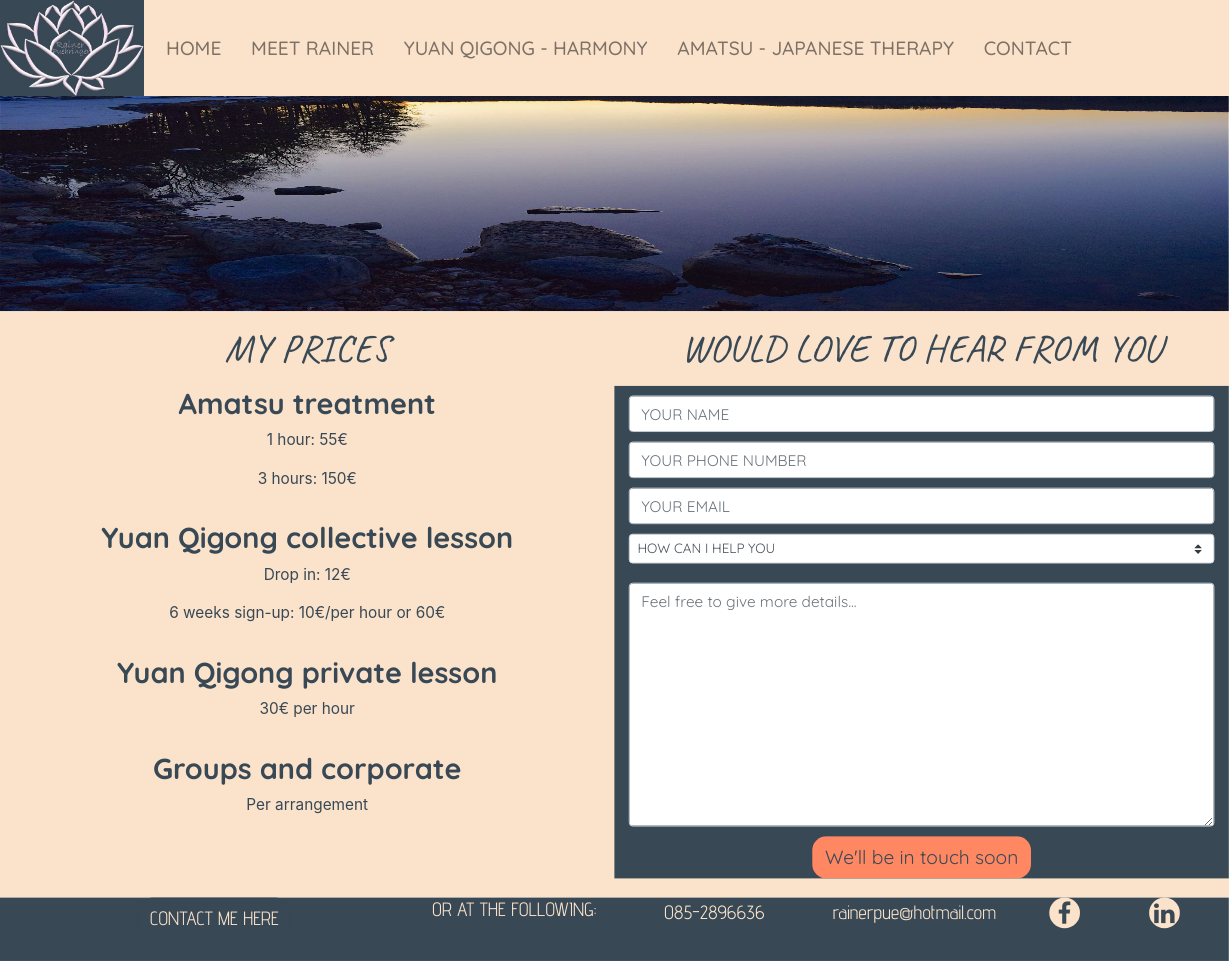
Repository: rainerpue/practitioner_website
Page: contact.html
The author's editor kept a record of every edit. The page is drawn from the files as they stood at one moment, then again after the next edit.
The browser window is 1280 px wide. The pictures show the whole page, at 96% of full size.
Some web libraries are served in a nearby version.

Above is the page before.

### contact.html
<!DOCTYPE html>
<html lang="en">

<head>
    <meta charset="UTF-8">
    <meta name="viewport" content="width=device-width, initial-scale=1.0">
    <meta http-equiv="X-UA-Compatible" content="ie=edge">
    <meta name="description" content="Home page | Rainer Puehringer, Find your Energy flow">
    <meta name="keywords" content="qigong, amatsu, therapy, energy flow, body balance, harmony, Japanese therapy, yuan gong, ireland">
    <meta name="author" content="Rainer Puehringer">
    <!-- favicon -->
    <link rel="shortcut icon" type="image" href="assets/favicon/favicon-32x32.png">
    <!-- style links -->
    <link rel="stylesheet" href="https://stackpath.bootstrapcdn.com/bootstrap/4.3.1/css/bootstrap.min.css" type="text/css" />
    <link rel="stylesheet" href="https://stackpath.bootstrapcdn.com/font-awesome/4.7.0/css/font-awesome.min.css" type="text/css" />

    <!-- link to my css file comes after to make sure it render over bootstrap style -->
    <link rel="stylesheet" href="assets/css/style.css" type="text/css" />

    <title>Rainer Puehringer, Find your Energy flow with Yuan Qigong and Amatsu</title>

</head>

<body>
    <!-- navbar and logo -->
    <!-- blue background will only show on bigger screens, set to transparent for mobile device -->
    <nav class="navbar navbar-expand-md fixed-top navbar-light nav-coral">
        <!-- logo -->
        <a href="index.html" class="navbar-brand logo">
            <img src="assets/images/logo.jpg" width="150" height="100" alt="logo">
        </a>
        <!-- button for smaller devices -->
        <button class="navbar-toggler" type="button" data-toggle="collapse" data-target="#burger" aria-controls="burger" aria-expanded="false" aria-label="Toggle navigation">
    <span class="fa fa-bars"></span>
  </button>
        <!-- navigation items which drop down vertically from burger icon in smaller devices -->
        <div class="collapse navbar-collapse" id="burger">
            <ul class="navbar-nav mr-auto text-uppercase">
                <li class="nav-item">
                    <a class="nav-link" href="index.html">Home</a>
                </li>
                <li class="nav-item">
                    <a class="nav-link" href="about.html">Meet Rainer</a>
                </li>
                <li class="nav-item">
                    <a class="nav-link" href="qigong.html">Yuan Qigong - Harmony</a>
                </li>
                <li class="nav-item">
                    <a class="nav-link" href="amatsu.html">Amatsu - Japanese Therapy</a>
                </li>
                <li class="nav-item">
                    <a class="nav-link" href="index.html">Contact</a>
                </li>
            </ul>
        </div>
    </nav>

    <!-- end navbar -->

    <main>
        <!-- image banner -->
        <div class="container-fluid">
            <div class="row">
                <div class="col-12 banner-image banner-image-contact contact-img">
                </div>
            </div>
        </div>

        <!-- Prices and contact form -->
        <section class="container-fluid bg-coral contact-section">
            <div class="row">
                <div class="col-lg-6 prices">
                    <div class="row">
                        <div class="col-12">
                            <h3 class="text-uppercase text-center">My prices</h3>
                        </div>
                    </div>
                    <div class="row">
                        <div class="col-12 mb-3 price-table text-center">
                            <h4>Amatsu treatment</h4>
                            <p>1 hour: 55€</p>
                            <p>3 hours: 150€</p>
                        </div>
                    </div>
                    <hr class="section-divider-short">
                    <div class="row">
                        <div class="col-12 mb-3 price-table text-center">
                            <h4>Yuan Qigong collective lesson</h4>
                            <p>Drop in: 12€</p>
                            <p>6 weeks sign-up: 10€/per hour or 60€</p>
                        </div>
                    </div>
                    <hr class="section-divider-short">
                    <div class="row">
                        <div class="col-12 mb-3 price-table text-center">
                            <h4>Yuan Qigong private lesson</h4>
                            <p>30€ per hour</td>
                        </div>
                    </div>
                    <div class="row">
                        <div class="col-12 mb-3 price-table text-center">
                            <h4>Groups and corporate</h4>
                            <p>Per arrangement</td>
                        </div>
                    </div>
                </div>
                <div class="col-lg-6">
                    <div class="row contact-heading">
                        <div class="col-12">
                            <h3 class="text-uppercase text-center">Would love to hear from you</h3>
                        </div>
                    </div>
                    <div class="row">
                        <form class="col-12 contact-form">
                            <input type="text" name="name" id="fullname" class="form-control" placeholder="YOUR NAME" required/>
                            <input type="number" name="phonenumber" id="phonenumber" class="form-control" placeholder="YOUR PHONE NUMBER" />
                            <input type="email" name="email" id="emailaddress" class="form-control" placeholder="YOUR EMAIL" required/>
                            <select class="custom-select custom-select-sm" name="how-can-i-help-you" id="how-can-i-help-you">
                                <option selected>HOW CAN I HELP YOU</option>
                                <option value="Book an Amatsu treatment">Book an Amatsu treatment</option>
                                <option value="Query about Qigong">Query about Qigong</option>
                                <option value="Advice about cooking or gardening">Advice about cooking or gardening</option>
                                <option value="Other">Other</option>
                            </select>
                            <textarea rows="10" name="querydetails" id="querydetails" class="form-control" placeholder="Feel free to give more details..." required></textarea>
                            <div class="form-row text-center">
                                <div class="col">
                                    <button type="submit" class="btn btn--gal btn--orange">We'll be in touch soon</button>
                                </div>
                            </div>
                        </form>
                    </div>
                </div>
            </div>
        </section>
    </main>

    <!-- footer -->

    <footer>
        <div class="container-fluid bg-grey">
            <div class="row footer-row">
                <div class="col-12 col-md-4 footer-contact">
                    <a class="btn btn--gal btn--grey text-uppercase" href="#">Contact Me Here</a>
                </div>
                <div class="col-12 col-md-2 footer-contact">
                    <h5 class="text-uppercase">or at the following:</h5>
                </div>
                <div class="col-12 col-md-2 footer-contact">
                    <p>085-2896636</p>
                </div>
                <div class="col-12 col-md-2 footer-contact">
                    <p>rainerpue@hotmail.com</p>
                </div>
                <div class="col-12 col-md-1 footer-contact">
                    <a class="socialmedia" href="https://www.facebook.com/YuanGongandAmatsuwithRainer/" target="_blank">
                    <i class="fa fa-facebook"></i>
                    <span class="sr-only">Facebook</span>
                    </a>
                </div>
                <div class="col-12 col-md-1 footer-contact">
                    <a class="socialmedia" href="https://www.linkedin.com/in/rainer-puehringer-63157248/" target="_blank">
                    <i class="fa fa-linkedin"></i>
                    <span class="sr-only">Linkedin</span>
                    </a>
                </div>
            </div>
        </div>
    </footer>

    <script src="https://code.jquery.com/jquery-3.2.1.slim.min.js " integrity="sha384-KJ3o2DKtIkvYIK3UENzmM7KCkRr/rE9/Qpg6aAZGJwFDMVNA/GpGFF93hXpG5KkN " crossorigin="anonymous "></script>
    <script src="https://cdnjs.cloudflare.com/ajax/libs/popper.js/1.12.9/umd/popper.min.js " integrity="sha384-ApNbgh9B+Y1QKtv3Rn7W3mgPxhU9K/ScQsAP7hUibX39j7fakFPskvXusvfa0b4Q " crossorigin="anonymous "></script>
    <script src="https://maxcdn.bootstrapcdn.com/bootstrap/4.0.0/js/bootstrap.min.js " integrity="sha384-JZR6Spejh4U02d8jOt6vLEHfe/JQGiRRSQQxSfFWpi1MquVdAyjUar5+76PVCmYl " crossorigin="anonymous "></script>
</body>

</html>

### assets/css/style.css
@import url('https://fonts.googleapis.com/css?family=Advent+Pro:100,200,300,400,500,600,700|Quicksand:300,400,500,700|Caveat:400,700');

body {}

/*-----------------------------------------Colour */

.nav-coral {
    background-color: transparent;
}

.bg-grey {
    background-color: #384955;
    color: #FAE2CB;
    padding-bottom: 20px;
}

.bg-coral {
    background-color: #FAE2CB;
    color: #384955;
    padding-bottom: 20px;
}

/*-----------------------------------------Images */

.about-img {
    background: url(../images/about-image.jpg);
}

.qigong-img {
    background: url(../images/lotus.jpg);
}

.amatsu-img {
    background: url(../images/water.jpg);
}

.contact-img {
    background: url(../images/contact.jpg);
}

/* Banner image code technics found in the link below:
https://stackoverflow.com/questions/38038056/adding-a-background-image-just-below-the-navigation-bar */

.banner-image {
    min-height: 30vh;
    -webkit-background-size: 100% 100%;
    -moz-background-size: 100% 100%;
    -o-background-size: 100% 100%;
    background-size: 100% 100%;
    width: 100vw;
    background-repeat: no-repeat;
    position: relative;
}

.banner-image-contact {
    min-height: 45vh;
}

.sm-img {
    max-height: 600px;
    max-width: 400px;
}


/*-----------------------------------------Special paddings/margins/texts */

.container-fluid {
    margin: 0;
}

.text-uppercase {
    text-transform: uppercase;
}

.text-center {
    text-align: center;
    margin: 0;
}
/* found text-justify trick here: https://www.w3schools.com/cssref/css3_pr_text-justify.asp*/
.text-justify {
    text-align: justify;
    text-justify: inter-word;
}

main {
    margin: 0;
    padding: 0;
}

h3 {
    padding: 15px 0 15px;
    font-family: "Caveat", sans-serif;
    font-weight: 400;
    font-size: 40px;
}

h4 {
    font-family: "Quicksand", sans-serif;
    font-weight: 700;
    font-size: 30px;
}

a {
    text-decoration: none;
    cursor: pointer;
}

/*-----------------------------------------buttons */

.btn:hover {
    color: #fafafa;
    text-decoration: none;
}

.btn--gal {
    margin-bottom: 0;
    margin-top: 0;
    border-radius: 15px;
    font-size: 20px;
    text-decoration: none;
    cursor: pointer;
}

.btn--grey {
    background-color: #384955;
    border-color: #384955;
    color: #FAE2CB;
}

.btn--grey:hover {
    color: #FF8863;
}

.btn--coral {
    background-color: #FAE2CB;
    border-color: #FAE2CB;
    color: #384955;
}

.btn--coral:hover {
    color: #87B0CD;
}

.btn--orange {
    background-color: #FF8863;
    color: #384955;
}

.btn--orange:hover {
    color: #FAE2CB;
}

.btn--footer {
    color: #FAE2CB;
}

/*-----------------------------------------section divider */

.section-divider-short {
    width: 75px;
    height: 5px;
    border: 0;
    background-color: #384955;
}

.section-divider-long {
    width: 100%;
    height: 10px;
    border: 0;
    background-color: #384955;
    margin: 0;
}

.section-divider-price {
    width: 75px;
    height: 5px;
    border: 0;
    background-color: #384955;
}

/*-----------------------------------------logo */

.logo {
    display: inline-block;
    padding: 0;
    margin: 0;
    line-height: inherit;
    white-space: nowrap;
    background-position: center;
    background-repeat: no-repeat;
    -o-transition: all .5s ease-in-out;
    transition: all .5s ease-in-out;
    -moz-transition: all .5s ease-in-out;
    -webkit-transition: all .5s ease-in-out;
}

/*-----------------------------------------burger icon inspired from https://mdbootstrap.com/docs/jquery/navigation/hamburger-menu/ */

.fa-bars {
    font-size: 30px;
    padding: 5px;
}

.navbar-light .navbar-toggler {
    border-color: rgba(0, 0, 0, .3);
    margin-right: 15px;
}

/*-----------------------------------------nav */

.navbar {
    padding: 0;
    text-align: center;
    overflow: auto;
}

.navbar-collapse {
    background-color: #FAE2CB
}

.nav-item {
    padding-left: 15px;
}

.nav-item a {
    color: #384955;
    font-family: "Quicksand", sans-serif;
    font-weight: 500;
    font-size: 20px;
    -webkit-transition: background-color .2s ease-in-out, color .2s ease-in-out;
    -o-transition: background-color .2s ease-in-out, color .2s ease-in-out;
    transition: background-color .2s ease-in-out, color .2s ease-in-out;
}

.nav-item a:hover {
    color: #FAE2CB!important;
    background-color: #384955;
}

/*-----------------------------------------footer */

.footer-row {
    padding: 0 15px;
    text-align: center;
}

.footer-contact {
    font-family: "Advent Pro", sans-serif;
    text-align: center;
    -webkit-box-align: center;
    -ms-flex-align: center;
    align-items: center;
    -webkit-box-pack: center;
    -ms-flex-pack: center;
    justify-content: center;
    padding: 0;
    margin: 0;
}

.footer-contact p {
    font-weight: 400;
    font-size: 20px;
}

.footer-contact h5 {
    font-weight: 400;
    font-size: 20px;
}

.socialmedia i {
    width: 32px;
    height: 32px;
    border-radius: 50%;
    font-size: 25px;
    text-align: center;
    vertical-align: middle;
    display: table-cell;
    color: #384955;
    background: #FAE2CB;
    transition: all 0.35s ease-in-out;
    -moz-transition: all 0.35s ease-in-out;
    -webkit-transition: all 0.35s ease-in-out;
    -o-transition: all 0.35s ease-in-out;
}

.social-links i:hover {
    background: #e84610;
}

/*-----------------------------------------full background image with attention */

.home-image { /*found css trick here: https://css-tricks.com/perfect-full-page-background-image/ */
    min-height: 95vh;
    -webkit-box-align: center;
    -ms-flex-align: center;
    align-items: center;
    position: relative;
    background: url(../images/home-image.jpg) no-repeat center center fixed;
    background-size: cover;
    padding-top: 100px;
}

.opaque-overlay {
    position: absolute;
    top: 0;
    left: 0;
    height: 100%;
    width: 100%;
    background: rgba(0, 0, 0, 0.2);
}

.attention {
    width: 80%;
    color: #fafafa;
    font-family: "Advent Pro", sans-serif;
    font-size: 40px;
    font-weight: 600;
    padding-left: 15px;
    padding-top: 200px;
}

/*-----------------------------------------testimonials in carrousel */

.slide {
    position: relative;
    display: -webkit-box;
    display: -ms-flexbox;
    display: flex;
    -webkit-box-align: center;
    -ms-flex-align: center;
    align-items: center;
    min-height: 30vh;
    text-align: center;
    padding: 5px 30px;
    margin-bottom: 20px
}

blockquote {
    width: 80px;
    font-family: "Advent Pro", sans-serif;
    font-weight: 300;
    font-size: 30px;
}

/*-----------------------------------------home intro section */

.intro {
    width: 100%;
    padding: 0;
    min-height: 20vh;
}

.content-intro {
    font-family: "Advent Pro", sans-serif;
    font-size: 20px;
    font-weight: 400;
    margin-bottom: 20px;
}



/*-----------------------------------------main content for each page */

.main-content {
    position: relative;
    padding-top: 5px;
    padding-bottom: 5px;
    padding-right: 30px;
    line-height: 200%;
    font-family: "Advent Pro", sans-serif;
    font-size: 20px;
    font-weight: 400;
}

.section-column {
    display: table-cell;
    padding: 0 30px 30px;
    float: none;
}

.intro-section {
    padding-top: 10px;
    padding-bottom: 20px;
}

.section-details {
    min-height: 25vh;
    -webkit-box-align: center;
    -ms-flex-align: center;
    align-items: center!important;
    margin-bottom: 15px;
}



/*-----------------------------------------links to other websites on about page */

.links {
    color: #FAE2CB;
    font-weight: 700;
}

.links:hover {
    color: #FF8863;
}

/*-----------------------------------------timeline implemented from the Resume Mini-project in the User Centric module */

.timeline {
    margin: 0;
}

.history-items {
    padding-left: 30px;
    padding-bottom: 15px;
}

.timeline-item {
    padding: 4em 2em 0em 2em;
    position: relative;
    color: #384955;
    border-left: 1px solid;
    font-family: "Advent Pro", sans-serif;
}

.timeline-item p {
    padding: 0;
    margin: 0;
}

.timeline-item:before {
    content: attr(data-dates);
    position: absolute;
    left: 2.5em;
    top: 3em;
    display: block;
    font-family: "Advent Pro", sans-serif;
    font-weight: 500;
    font-size: 0.8em;
    padding: 0;
    margin: 0;
}

.timeline-item:after {
    width: 12px;
    height: 12px;
    display: block;
    position: absolute;
    top: 2.4em;
    left: -6px;
    border-radius: 12px;
    content: "";
    background-color: #384955;
}



/*-----------------------------------------qualifications */

.list-row {
    padding: 30px 0 30px;
    line-height: 200%;
}

.list-row i {
    font-size: 40px;
}

.button {
    margin-top: 30px;
}

/*-----------------------------------------Qigong page */

.qigong-p {
    padding: 15px;
}

.list-section {
    padding-left: 30px;
    padding-bottom: 15px;
    margin-bottom: 10px;
    border: 10px solid;
}

.quote {
    font-family: "Quicksand", sans-serif;
    font-weight: 100;
    font-size: 30px;
}

.legend {
    font-family: "Caveat", sans-serif;
    font-weight: 400;
    font-size: 20px;
}

.quote i {
    padding: 5px;
    font-weight: 700;
}

#video {
    min-height: 50vh;
    padding-bottom: 15px;
}

iframe {
    border: none;
}

.verse {
    font-family: "Caveat", sans-serif;
    font-weight: 400;
    font-size: 30px;
    padding-top: 30px;
}

.verse ul li {
    list-style: none;
    padding: 15px;
}

/*-----------------------------------------Amatsu page */

.fivefactors {
    font-weight: 600;
    color: #FF8863;
}

.specialp {
    padding: 10px;
}


/*-----------------------------------------stones custom css */

.stone-section {
    padding: 0;
    padding-bottom: 15px;
    margin-bottom: 10px;
    display: flex;  /* this part of custom css was suggested by Eventyret Mentor in slack so the stones are centered on top of each other */
	justify-content: center;
	align-items: center;
	flex-direction: column;
}

.each-stone {
    width: 120px;
    height: 120px;
    border: 1px solid #384955;
    border-radius: 50%;
    background-color: #384955;
    color: #87B0CD;
    justify-content: center; /* this part of custom css was suggested by Eventyret Mentor in slack */
	align-items: center;
	display: flex;
	margin-bottom: -15px;
}

.each-stone span {
    font-family: "Quicksand", sans-serif;
    font-weight: 700;
    font-size: 18px;
}

/*-----------------------------------------treatment cards */
/*-- to justify space all around the cards and center */
.card-row {
    justify-content: space-around!important;
}

.card {
    background-color: #FAE2CB;
    color: #384955;
    margin-bottom: 15px;
}

.card-item {
    padding: 10px;
    text-align: center;
    vertical-align: middle;
    display: table-cell;
}

.card-item i {
    font-size: 60px;
}

.card-item span {
    font-family: "Caveat", sans-serif;
    font-weight: 400;
    font-size: 20px;
}

/*-----------------------------------------contact page */

.contact-section {
    min-height: 45vh;
    margin-bottom: 0;
}

.contact-form {
    font-family: "Quicksand", sans-serif;
    background-color: #384955;
    color: #FAE2CB;
    margin-right: 5px;
}

.form-control {
    margin-top: 10px;
    margin-bottom: 10px;
}

.custom-select {
    margin-bottom: 10px;
}

/*-----------------------------------------media queries */

/*-----------------------------------------media query to add navbar color background color on bigger screens */

@media (min-width: 768px) {
    .nav-coral {
        background-color: #FAE2CB;
    }
}
/*-----------------------------------------media query to place attention text in different location on bigger screens */
@media (min-width: 768px) {
    .attention {
        padding-top: 400px;
        width: 60%;
        font-size: 50px;
    }
}

@media (min-width: 768px) {
    .slide {
        min-height: 20vh;
    }
}

/*-----------------------------------------media query to hide short section divider on bigger screen */
@media (min-width: 768px) {
    .section-divider-short {
        display: none;
    }
}

@media (min-width: 768px) {
    .footer-contact h5 p a {
        padding-left: 15px;
    }
}

@media (min-width: 768px) {
    .history-items {
        border: 10px solid;
        border-bottom: none;
    }
}

@media (min-width: 768px) {
    .section-column {
        padding: 0 50px 0;
    }
}

@media (min-width: 768px) {
    #video {
        padding-bottom: 0;
    }
}

After the next edit:
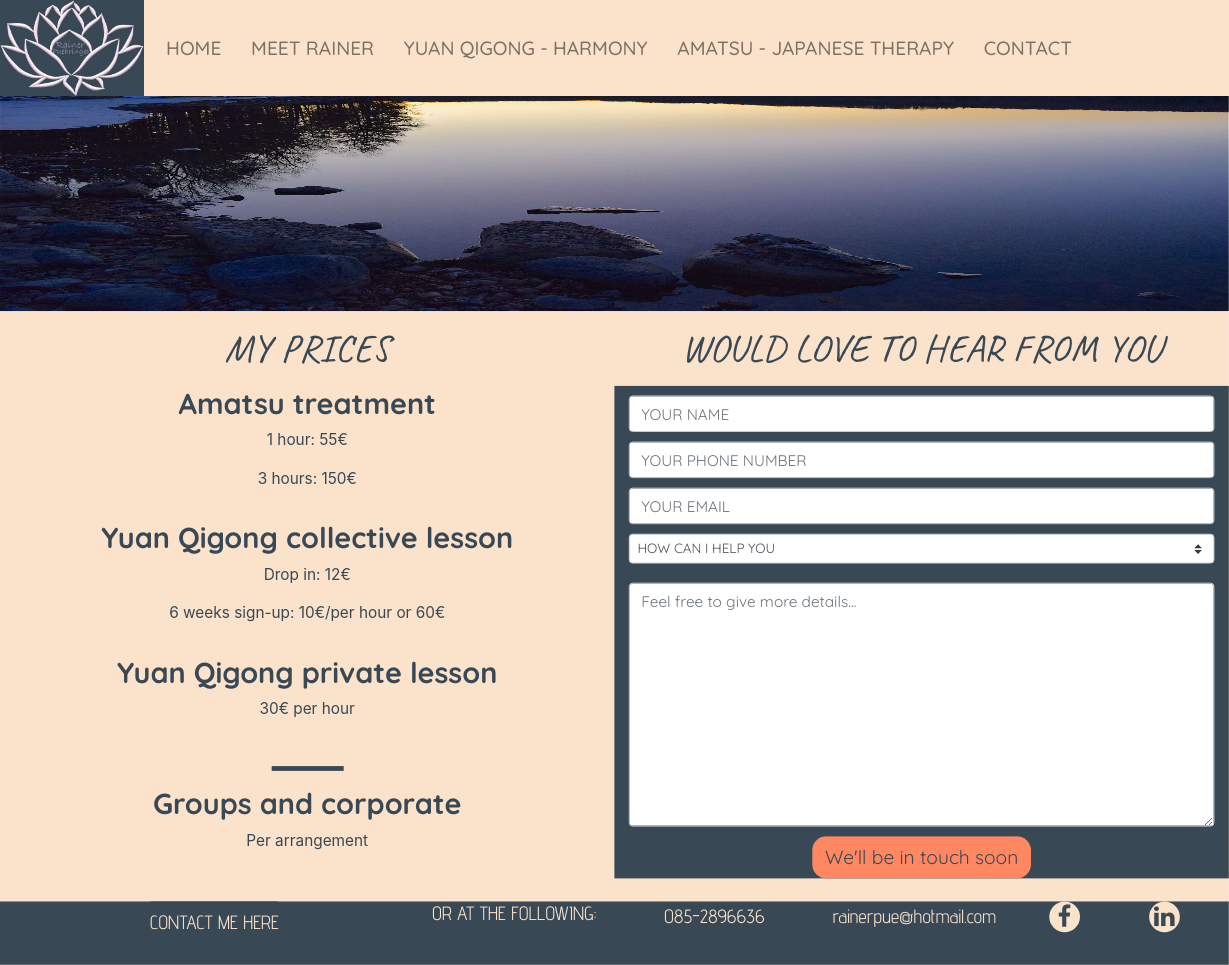
The edit:
--- a/contact.html
+++ b/contact.html
@@ -97,6 +97,7 @@
                             <p>30€ per hour</td>
                         </div>
                     </div>
+                    <hr class="section-divider-price">
                     <div class="row">
                         <div class="col-12 mb-3 price-table text-center">
                             <h4>Groups and corporate</h4>
